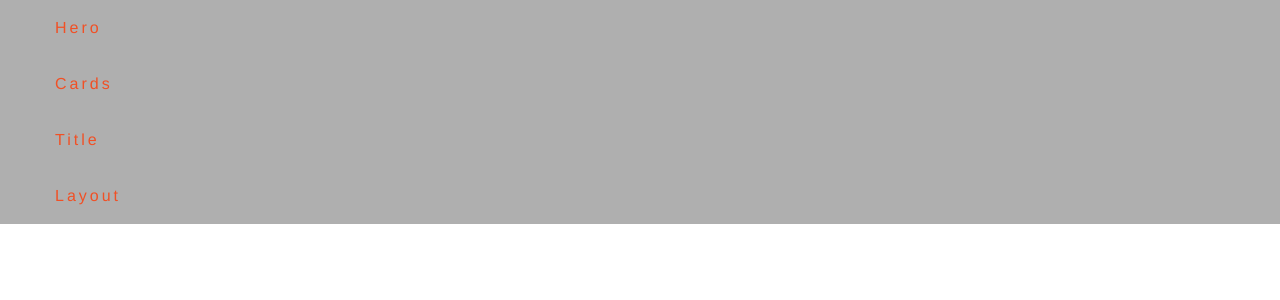
Repository: Ndifoinhilary/css_grid
Page: css-grid-learn/index.html
An editor plug-in stored every save of this project. The page is shown before and after the next save, followed by the edit.
The browser window is 1280 px wide. The pictures show the whole page.

Above is the page before, as saved 2024-01-28 10:35:17.

### css-grid-learn/index.html
<!DOCTYPE html>
<html lang="en">
<head>
    <meta charset="UTF-8">
    <meta name="viewport" content="width=device-width, initial-scale=1.0">
    <title>Css grid</title>
    <link rel="stylesheet" href="/fontawesome-free-5.12.1-web/css/all.min.css">
    <link rel="stylesheet" href="/css-grid-learn/main.css">
</head>
<body>

    <nav class="main-navbar">

            <ul class="nav-links">
                <li><a href="hero.html">hero</a></li>
                <li><a href="cards.html">cards</a></li>
                <li><a href="title.html">title</a></li>
                <li><a href="layout.html">layout</a></li>
            </ul>

    </nav>

   <!-- <a href="index.html" class="btn">back to top</a> -->
</body>
</html>

### css-grid-learn/main.css


:root{
    --primaryColor:#f15025;
    --mainBlack:#222;
    --mainWhite:#fff;
    --offwhite:#f7f7f7;
    --darkGrey:#afafaf;
    --mainTransition:all 0.3s linear;
    --mainSpacing:3px;
}



*{
    margin: 0;
    padding: 0;
    box-sizing: border-box;
}





/* root variables  */

body{
    font-family:'Franklin Gothic Medium', 'Arial Narrow', Arial, sans-serif;
    color: var(--mainBlack);
    background: var(--mainWhite);
    line-height: 1.5rem;
}

a {
    text-decoration: none;
}

ul{
    list-style-type: none;
}

img{
    width: 100%;
    display: block;
}


h1, h2, h3{
    text-transform: capitalize;
    letter-spacing:var(--mainSpacing);
    margin-bottom: 1.25rem;
}

h1{
    font-size: 3rem;
}

h2{
    font-size: 1.5rem;
    margin-bottom:0 ;
}
h1{
    font-size: 0.75rem;
}
p{
    font-weight: 300px;
    font-size: 0.6rem;
    line-height: 2;
}

.btn{
    display: inline-block;
    padding: 0.357rem 0.75rem;
    text-transform: capitalize;
    letter-spacing: 0.1rem;
    border: 3px solid var(--primaryColor);
    cursor: pointer;
    border-radius: 0.3rem;
    margin: 3rem;
    transition: var(--mainTransition);
}


.btn:hover{
    background: var(--primaryColor);
    color: var(--mainWhite);
}

/*
==============
navbar css here
==============
 */



.main-navbar{
   background: var(--darkGrey);
   padding: 0 2rem;
}

 /* .nav-links{
    display: flex;
    justify-content: space-between;
    flex-wrap: wrap;
 } */

 .nav-links a {
    text-transform: capitalize;
    display: block;
    padding: 1rem 0;
    color: var(--primaryColor);
    letter-spacing: var(--mainSpacing);
    transition: var(--mainTransition);
}

.nav-links a:hover{
     color: var(--mainBlack);
}


@media screen and (min-width:992px) {
    .nav-links{
        max-width: 1170px;
        margin: 0 auto;
        display: grid;
        grid-template-columns: repeat(auto, 1fr);
    }
}

Loaded but not shown: fontawesome-free-5.12.1-web/css/all.min.css (library)

After the next save:
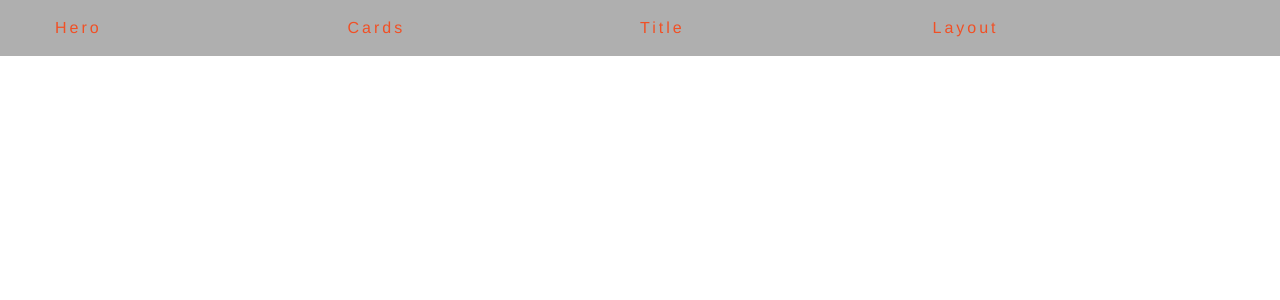
Saved 10 s later.
--- a/css-grid-learn/main.css
+++ b/css-grid-learn/main.css
@@ -124,6 +124,6 @@ navbar css here
         max-width: 1170px;
         margin: 0 auto;
         display: grid;
-        grid-template-columns: repeat(auto, 1fr);
+        grid-template-columns: repeat(4, 1fr);
     }
 }
